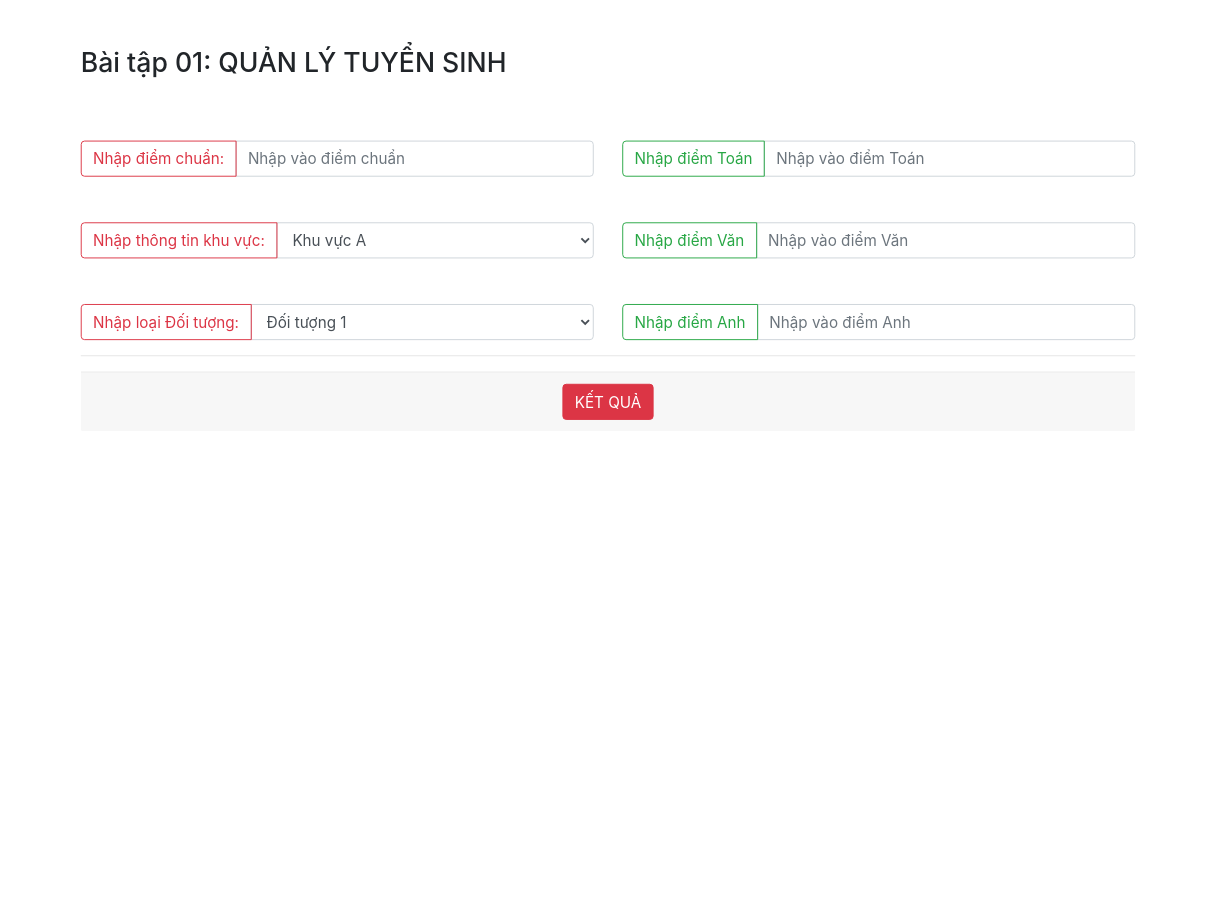
Repository: ducdatit2002/javascript-tinh-day15
Page: index.html
An editor plug-in stored every save of this project. The page is shown before and after a run of saves, followed by the edit.
The browser window is 1280 px wide. The pictures show the whole page, at 95% of full size.

Above is the page before, as saved 2023-08-20 12:54:23.

After the next 2 saves:
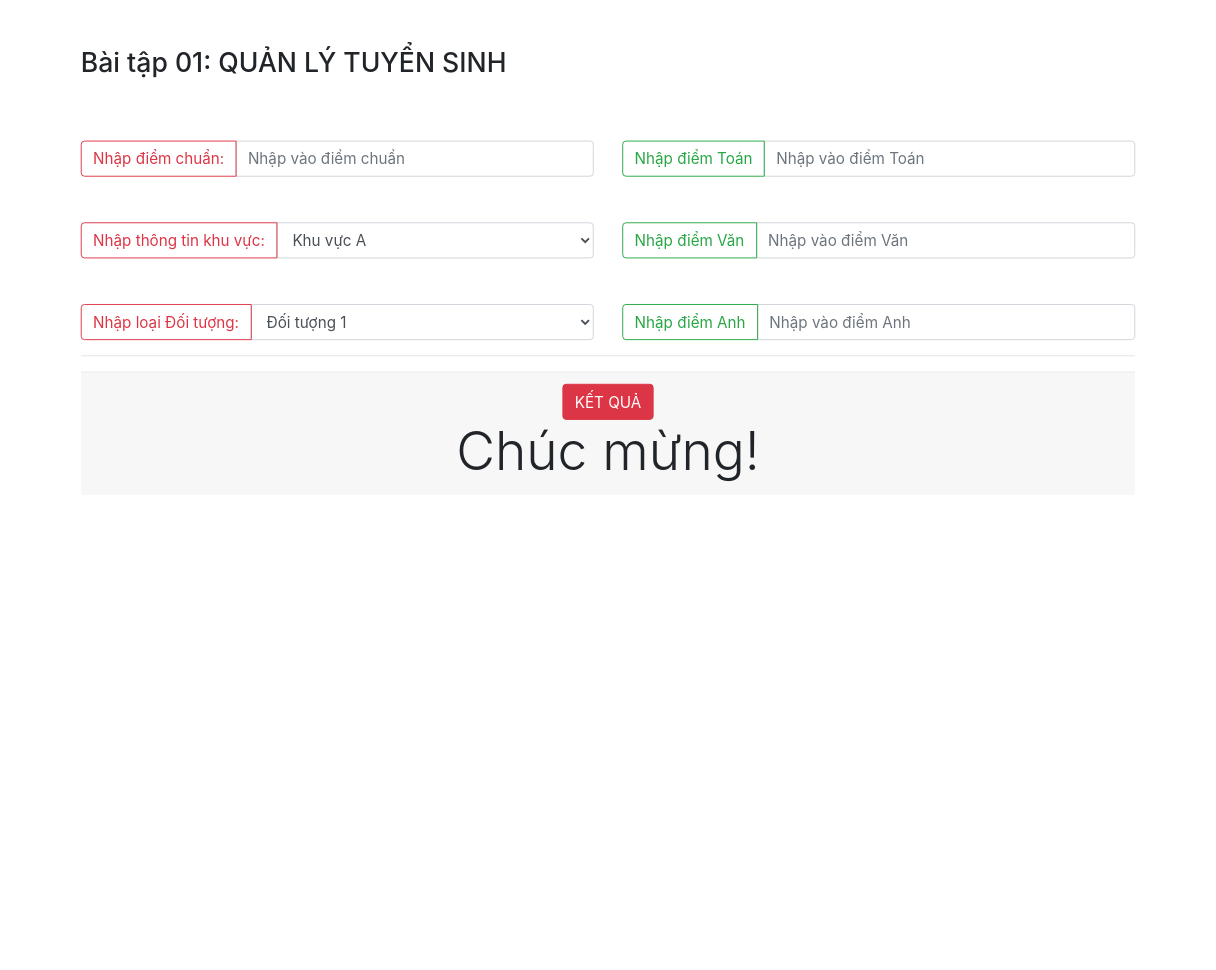
The 2 saves are shown as one change because they came seconds apart.
The last was saved 6 s later.
--- a/index.html
+++ b/index.html
@@ -95,7 +95,7 @@
         <div class="card-footer text-center">
             <button id="btnKetQua" class="btn btn-danger">KẾT QUẢ</button>
             <br />
-            <span id="ketQua" class="display-4"></span>
+            <span id="ketQua" class="display-4">Chúc mừng!</span>
           </div>
       </div>
     </div>

After the save that followed:
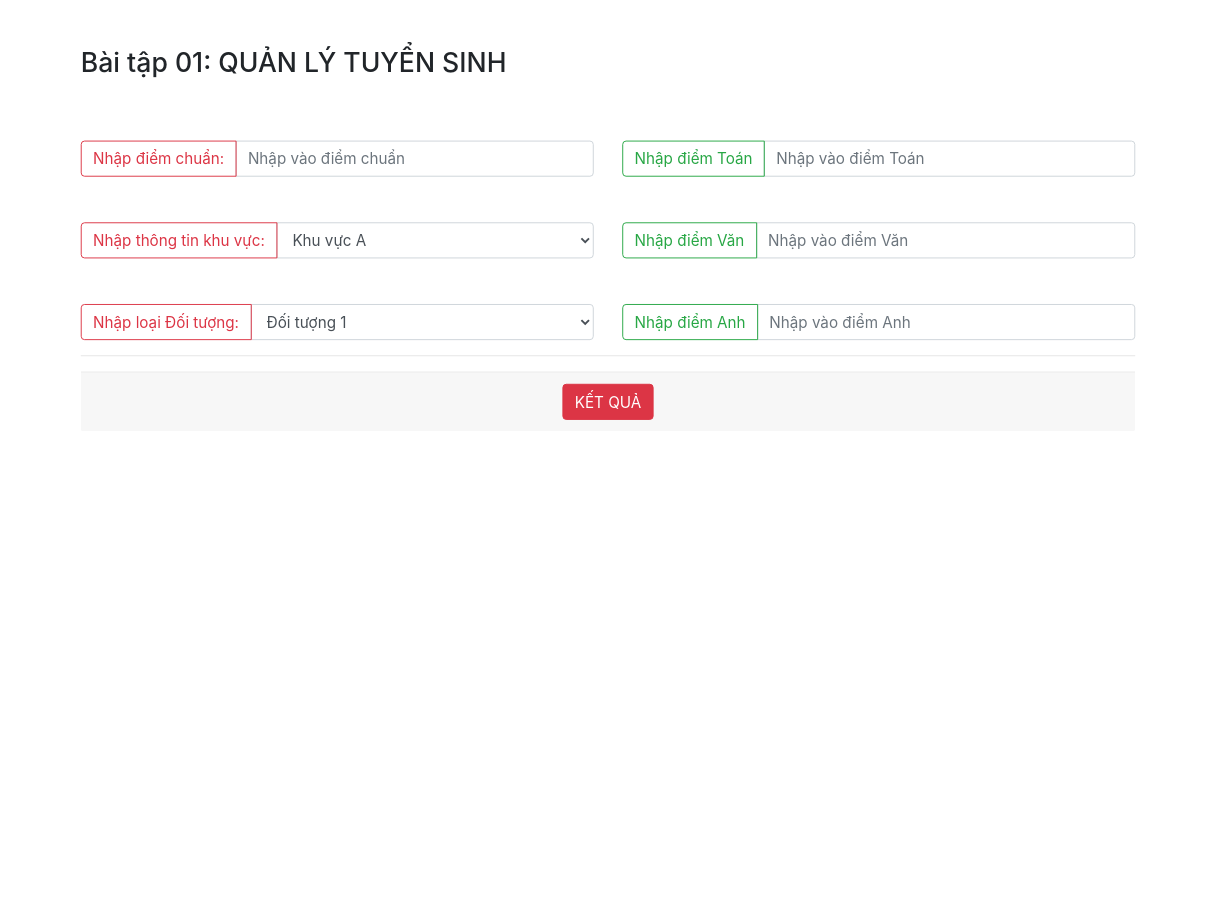
Saved 8 s later.
--- a/index.html
+++ b/index.html
@@ -95,7 +95,7 @@
         <div class="card-footer text-center">
             <button id="btnKetQua" class="btn btn-danger">KẾT QUẢ</button>
             <br />
-            <span id="ketQua" class="display-4">Chúc mừng!</span>
+            <span id="ketQua" class="display-4"></span>
           </div>
       </div>
     </div>
